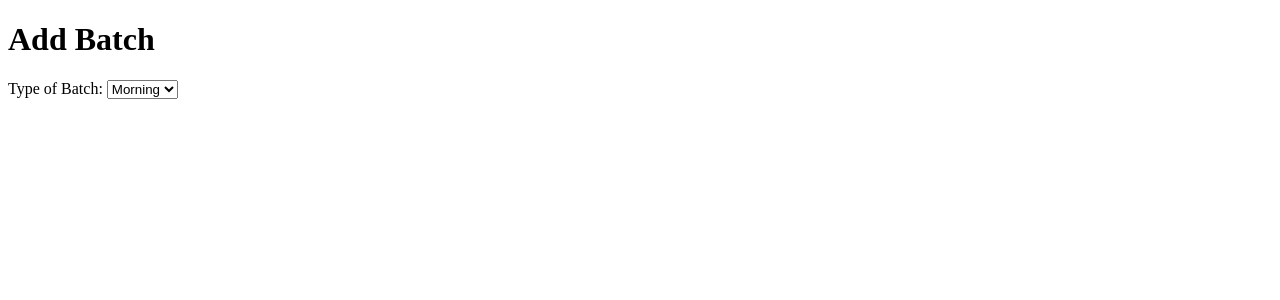
Repository: Jannis-Buschhaus/simplilearn-assessment-phase2
Page: http://localhost/FunfitWebapp/addBatch.jsp
An editor plug-in stored every save of this project. The page is shown before and after the next save, followed by the edit.
The browser window is 1280 px wide. The pictures show the whole page.
The page is served by Tomcat 9.

Above is the page before, as saved 2024-05-28 09:33:42.

After the next save:
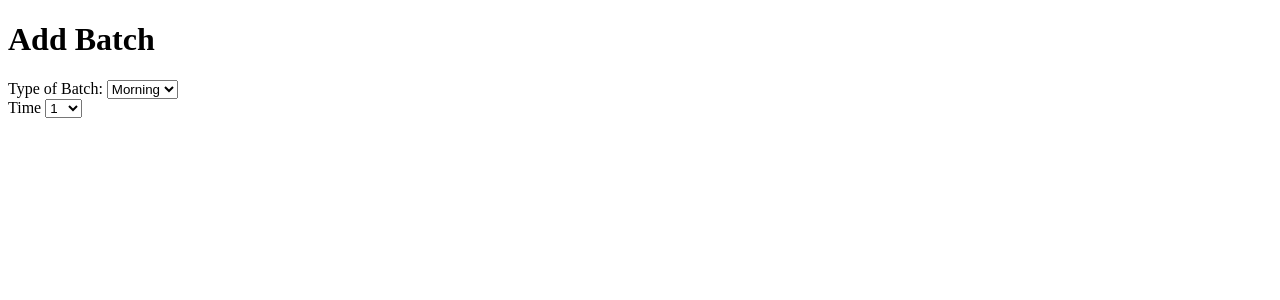
Saved 4 min 36 s later.
--- a/FunfitWebapp/src/main/webapp/addBatch.jsp
+++ b/FunfitWebapp/src/main/webapp/addBatch.jsp
@@ -13,6 +13,12 @@
 	<select name="typeOfBatch">
 		<option value="morning">Morning</option>
 		<option value="evening">Evening</option>
+	</select><br/>
+	<label for="time">Time</label>
+	<select name="time">
+		<% for(int i=1; i<=12; i++){ %>
+			<option value="<%=i%>"><%=i%></option>
+		<% }%>
 	</select>
 	</form>
 </body>
